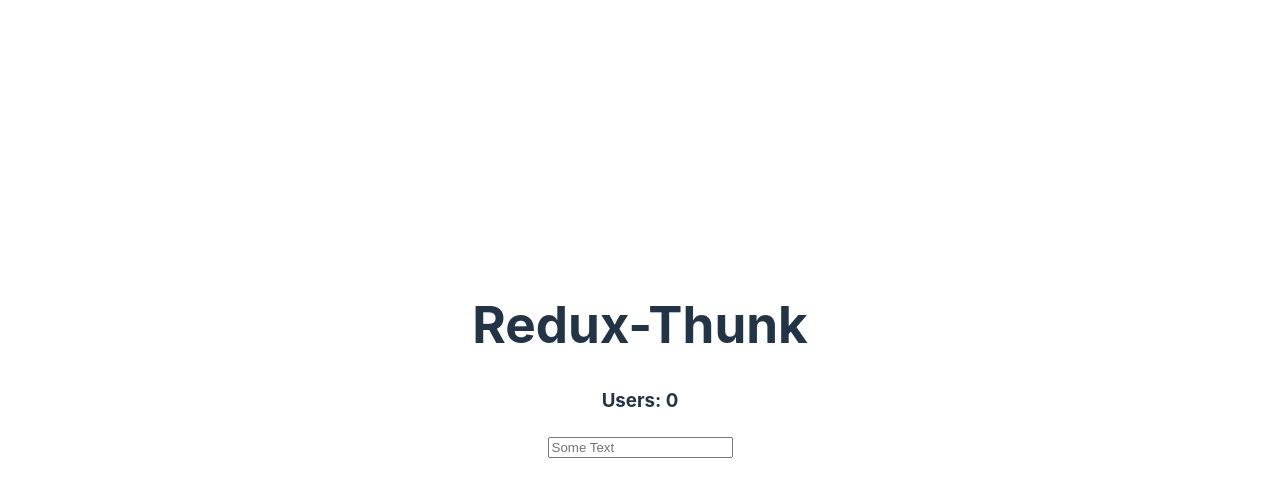
Repository: iveivs/mNepRe
Page: / (app in redux/redux-thunk/)
The author's editor kept a copy of each file at every save. The page is drawn from the files as they stood at one save, then again after the next save.
The browser window is 1280 px wide. The pictures show the whole page.
The page's requests for data from a server got no answer. The project was rebuilt for these pictures with package versions that can differ from the ones it lists, and the page was loaded fresh each time. No one was signed in, and anything a server would have sent is missing. Also part of the build but not shown: redux/redux-thunk/vite.config.js.

Above is the page before, as saved 2024-03-21 16:03:16.

After the next save:
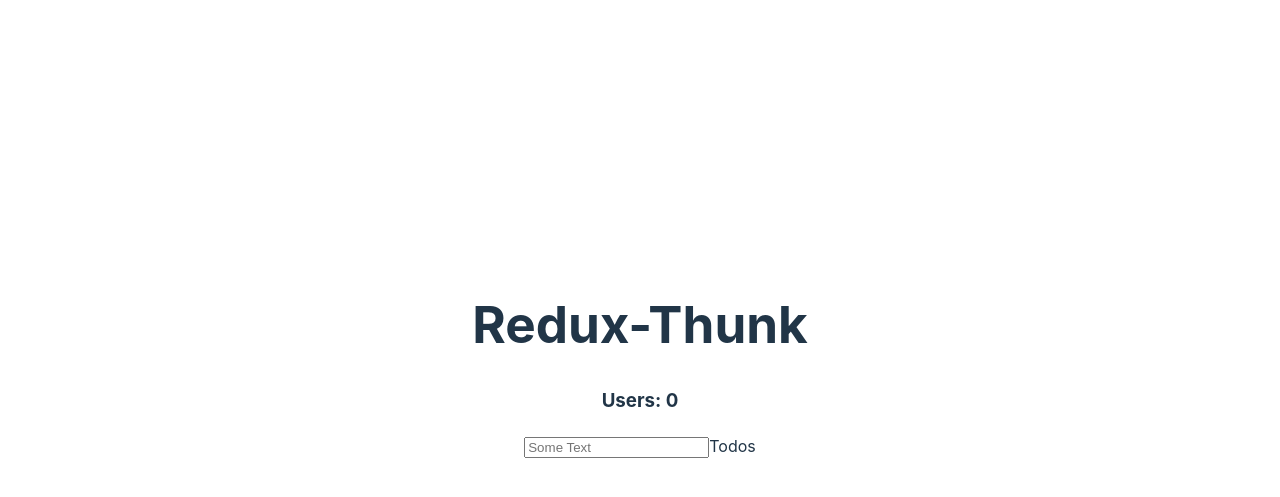
Saved 4 s later.
--- a/redux/redux-thunk/src/components/TodoList.jsx
+++ b/redux/redux-thunk/src/components/TodoList.jsx
@@ -4,7 +4,7 @@
     return (
         <>
         <input type="text"  placeholder="Some Text"/>
-
+        Todos
         </>
     )
 }
